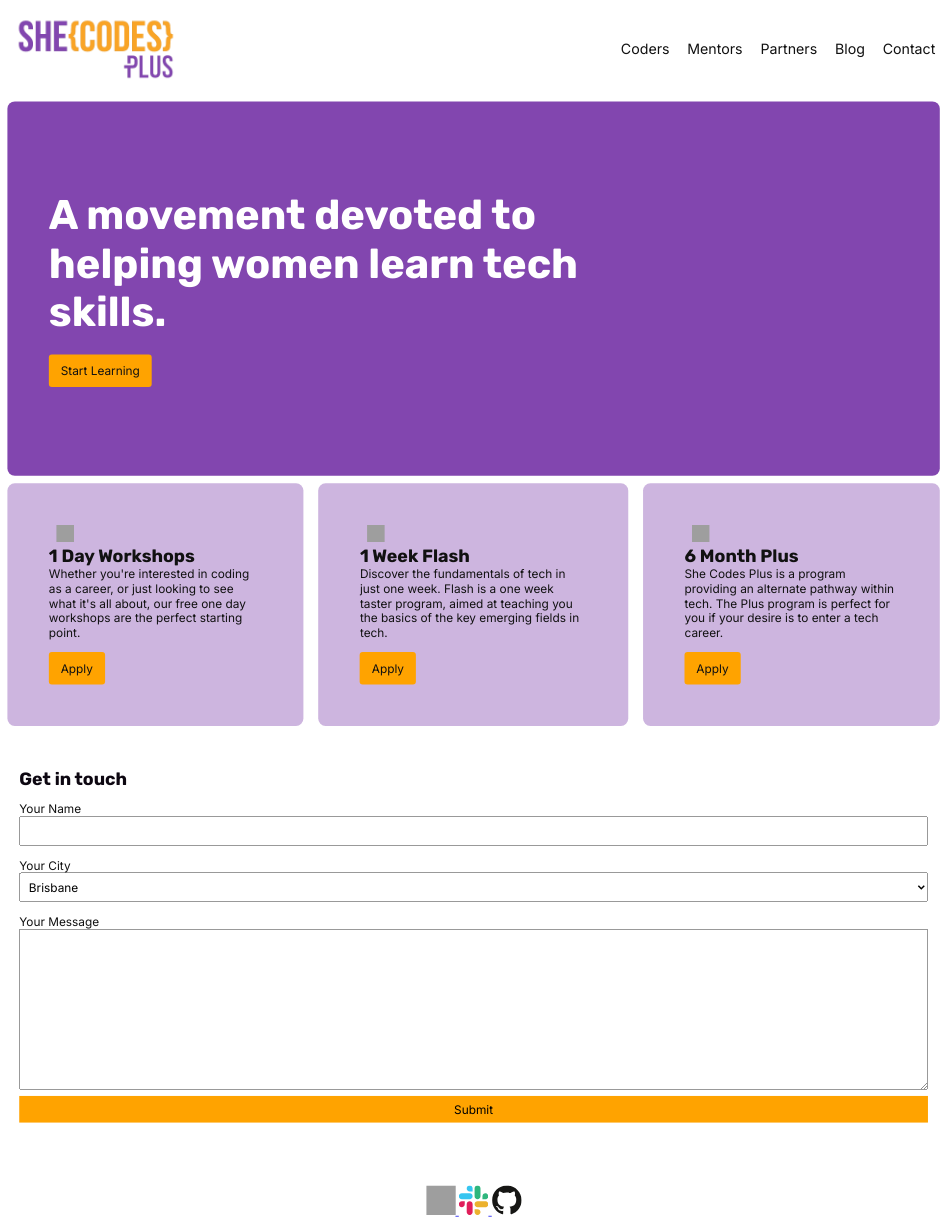
Repository: devashrisamani/website_shecodes_week1
Page: index.html
An editor plug-in stored every save of this project. The page is shown before and after the next save, followed by the edit.
The browser window is 1280 px wide. The pictures show the whole page, at 74% of full size.
Pictures or frames that could not be fetched are drawn as grey boxes.

Above is the page before, as saved 2025-09-20 11:37:31.

### index.html
<!DOCTYPE html>
<html lang="en">
  <head>
    <meta charset="UTF-8" />
    <meta name="viewport" content="width=device-width, initial-scale=1.0" />
    <title>Document</title>
    <link rel="stylesheet" href="style.css" />
  </head>

  <body>
    <header>
      <div class="mobile-header">
        <img src="./img/logo.png" alt="The She Codes Logo" class="logo" />
        <button type="button" class="hamburger-button">
          <img
            class="hamburger-icon"
            src="./img/hamburger.svg"
            alt="Three horizontal lines, positioned one above the other."
          />
        </button>
      </div>
      <nav class="desktop-nav" aria-label="Primary">
        <ul>
          <li>
            <a href="">Coders</a>
          </li>
          <li>
            <a href="">Mentors</a>
          </li>
          <li>
            <a href="">Partners</a>
          </li>
          <li>
            <a href="">Blog</a>
          </li>
          <li>
            <a href="">Contact</a>
          </li>
        </ul>
      </nav>
      <nav class="mobile-nav display-none" aria-label="Primary">
        <ul>
          <li>
            <a href="">Coders</a>
          </li>
          <li>
            <a href="">Mentors</a>
          </li>
          <li>
            <a href="">Partners</a>
          </li>
          <li>
            <a href="">Blog</a>
          </li>
          <li>
            <a href="">Contact</a>
          </li>
        </ul>
      </nav>
    </header>
    <section class="hero">
      <h1>A movement devoted to helping women learn tech skills.</h1>
      <a href="#" class="btn-primary">Start Learning</a>
    </section>
    <section class="articles-container">
      <article>
        <img
          class="icon"
          src="./img/tools.svg"
          alt="A wrench and a screwdriver, lying crossed over one another diagonally"
        />
        <h2>1 Day Workshops</h2>
        <p>
          Whether you're interested in coding as a career, or just looking to
          see what it's all about, our free one day workshops are the perfect
          starting point.
        </p>
        <a href="#" class="btn-primary">Apply</a>
      </article>
      <article>
        <img
          class="icon"
          src="./img/lightning.svg"
          alt="A jagged lightning bolt, thick at the top and sharp at the bottom"
        />
        <h2>1 Week Flash</h2>
        <p>
          Discover the fundamentals of tech in just one week. Flash is a one
          week taster program, aimed at teaching you the basics of the key
          emerging fields in tech.
        </p>
        <a href="#" class="btn-primary">Apply</a>
      </article>
      <article>
        <img
          class="icon"
          src="./img/plus.svg"
          alt="A plus sign formed by a horizontal line intersecting a vertical line"
        />
        <h2>6 Month Plus</h2>
        <p>
          She Codes Plus is a program providing an alternate pathway within
          tech. The Plus program is perfect for you if your desire is to enter a
          tech career.
        </p>
        <a href="#" class="btn-primary">Apply</a>
      </article>
    </section>
    <section class="contact-form">
      <h2>Get in touch</h2>
      <form>
        <label for="your-name">Your Name</label>
        <input type="text" id="your-name" />
        <label for="city">Your City</label>
        <select name="city-selection" id="city">
          <option value="Brisbane">Brisbane</option>
          <option value="Perth">Perth</option>
          <option value="Moon">The Moon</option>
        </select>
        <label for="message">Your Message</label>
        <textarea name="message-text" id="message" rows="10"></textarea>
        <input type="submit" value="Submit" />
      </form>
    </section>
    <footer>
      <a
        href="https://www.instagram.com/shecodesaus/"
        title="@shecodesaus on Instagram"
      >
        <img
          class="socials-icon"
          src="./img/instagram.svg"
          alt="The Instagram logo: a rounded square camera with a purple-orange gradient filling the lines"
        />
      </a>
      <a
        href="https://join.slack.com/t/shecodesaus/shared_invite/enQtNzQ3ODk1OTQzODc3LTQ2ZWFmNzM0NjE1MjA0NTI3YjJkMWMyYWVjMDU3ZThhODJmMTk4YmRjZGMzZDRhZDBhODQwNzdlYmJhNDg1YjE"
      >
        <img
          class="socials-icon"
          src="./img/slack.svg"
          alt="The Slack logo: a colourful deconstructed hashtag"
        />
      </a>
      <a href="https://github.com/SheCodesAus/">
        <img
          class="socials-icon"
          src="./img/github.svg"
          alt="The Github logo: a black circle with the silhouette of a white cat, with one tentacle arm"
        />
      </a>
    </footer>
  </body>
</html>

### style.css
/* Base HTML Styles */
/* Always style in the increments of 4 for margin, padding and border*/
@import url("https://fonts.googleapis.com/css2?family=Inter&family=Rubik:ital,wght@0,400;0,700;1,400&display=swap");
:root {
  --brand: #8246af;
  --action: #ffa300;
  --white: #ffffff;
  --base-light: #cdb5df;
  --base-dark: #0d0711;
  --black: #111111;
}

/* CSS Reset */

html {
  box-sizing: border-box;
  font-size: 16px; /*1rem = 16px. Also, this is my root font size, which is what 'rem' size is relevant to*/
  font-family: "Inter", sans-serif;
  color: var(--black);
  scroll-behavior: smooth;
}

*,
*:before,
*:after {
  box-sizing: inherit;
}

h1,
h2,
h3,
h4,
h5,
h6 {
  font-family: "Rubik", sans-serif;
}

body,
h1,
h2,
h3,
h4,
h5,
h6,
p,
ol,
ul {
  margin: 0;
  padding: 0;
}

ol,
ul {
  list-style: none;
}

/* Max-width: max width of the image is 100% in whichever container it is */
img {
  max-width: 100%;
  height: auto;
}

input,
button,
textarea,
select {
  font: inherit;
}

/* Utilities */
.display-none {
  display: none;
}

/* Components */

/* btn-primary */
.btn-primary {
  padding: 12px 16px;
  display: inline-block;
  text-decoration: none;
  color: var(--black);
  border-radius: 4px;
  background-color: var(--action);
  transition: all 0.3s ease;
}

.btn-primary:hover {
  box-shadow: 10px 5px 5px rgba(0, 0, 0, 0.2);
  transform: translateY(-4px);
}

.btn-primary:hover {
  box-shadow: 10px 5px 5px rgba(0, 0, 0, 0.2);
  transform: translateY(-4px);
}

/* header */
header .mobile-header {
  padding: 16px;
  display: flex;
  align-items: center;
  justify-content: space-between;
}

header button {
  all: unset;
}

@media (min-width: 768px) {
  header {
    display: flex;
    justify-content: space-between;
    align-items: center;
  }

  header nav ul {
    display: flex;
    gap: 24px;
    margin-right: 16px;
  }

  header .mobile-header .hamburger-icon {
    display: none;
  }
}

/* .logo */
.logo {
  height: 50px;
}

@media (min-width: 768px) {
  .logo {
    height: 100px;
  }
}

/* .mobile-nav */
.mobile-nav a {
  text-decoration: none;
  color: var(--black);
  display: block;
  padding: 4px 16px;
}

/* .desktop-nav */
.desktop-nav {
  display: none;
}

/* Desktop nav media query */
@media (min-width: 768px) {
  .desktop-nav a {
    text-decoration: none;
    font-size: larger;
    color: var(--black);
  }

  .desktop-nav {
    display: inline-block;
  }
}

/* .hamburger-icon  */
.hamburger-icon {
  height: 50px;
}

/* .hero */
.hero {
  background-color: var(--brand);
  padding: 56px 16px;
  border-radius: 10px;
  margin: 5px 10px;
}

.hero h1 {
  font-size: 2rem;
  margin-bottom: 24px;
  color: var(--white);
}

.hero .hero-accent {
  color: var(--action);
}

/* Hero Media Query */
@media (min-width: 768px) {
  .hero {
    padding: 120px 56px;
  }

  .hero h1 {
    font-size: 3.5rem;
    max-width: 70%;
  }
}

/* .articles-container media query */
@media (min-width: 768px) {
  .articles-container {
    display: flex;
  }
}

/* article */
article {
  padding: 32px 16px;
  background-color: var(--base-light);
  border-radius: 10px;
  margin: 5px 10px;
  transition: all 0.3s ease;
}

@media (min-width: 768px) {
  article {
    padding: 56px;
  }
}

article:hover {
  filter: contrast(150%);
}

article .article-heading {
  display: flex;
  justify-content: flex-start;
}

article .icon {
  height: 24px;
  width: 24px;
  margin-left: 10px;
  margin-right: 10px;
}

article .article-heading h2 {
  margin-bottom: 16px;
  color: var(--base-dark);
}

article p {
  margin-bottom: 16px;
}

/* Contact Form */
.contact-form {
  padding: 48px 16px;
  border-radius: 10px;
  margin: 5px 10px;
}

.contact-form input,
.contact-form select {
  display: block;
  width: 100%;
  padding: 8px;
  margin-bottom: 16px;
}

.contact-form textarea {
  display: block;
  width: 100%;
  padding: 8px;
}

.contact-form label {
  display: block;
  width: 100%;
}

.contact-form h2 {
  color: var(--base-dark);
  margin-bottom: 16px;
}

.contact-form input[type="submit"] {
  background-color: var(--action);
  border: 0;
  margin-top: 8px;
  cursor: pointer;
}

/* footer */
footer {
  padding: 16px;
  text-align: center;
}

.socials-icon {
  width: 40px;
  height: 40px;
}

After the next save:
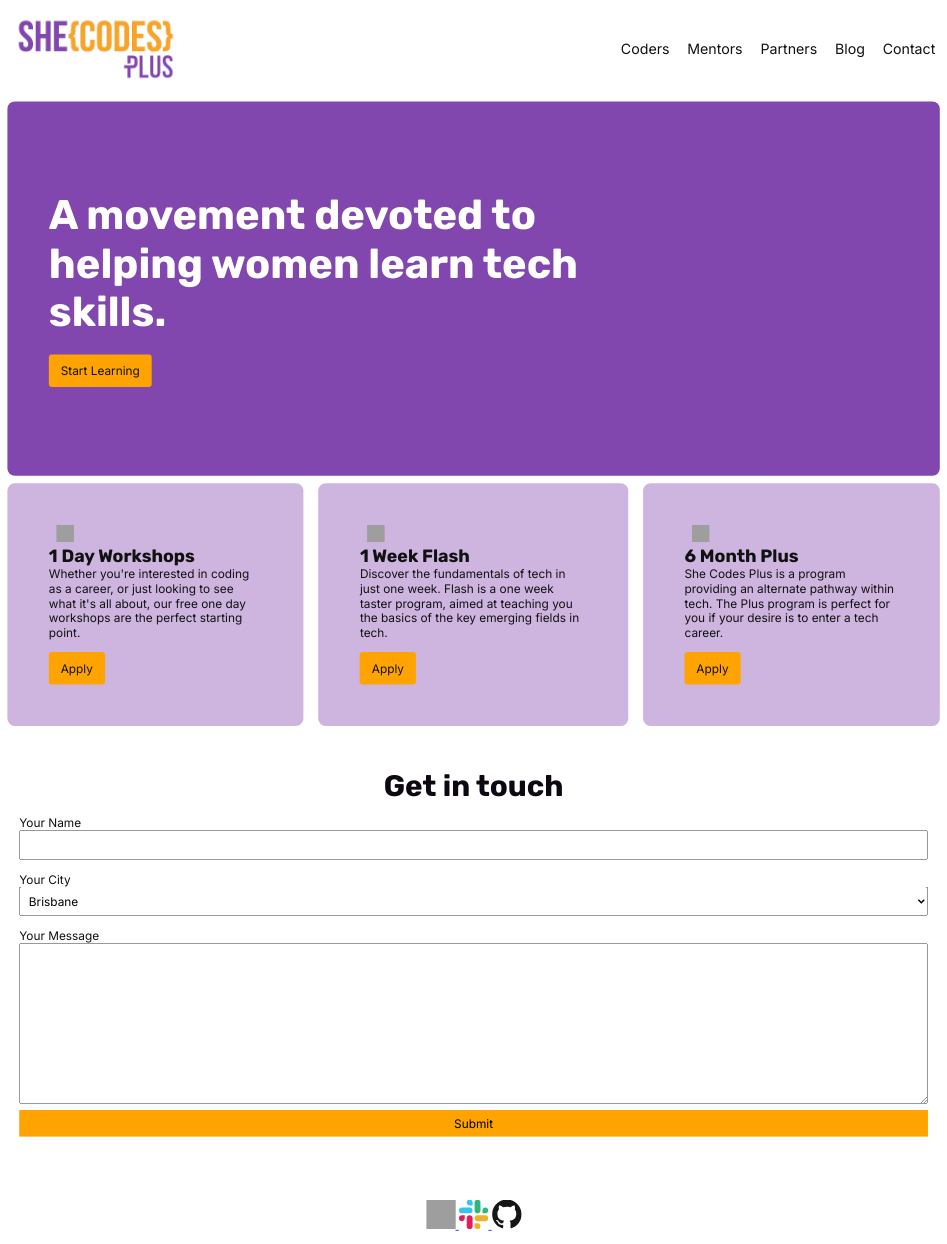
Saved 7 min 6 s later.
--- a/style.css
+++ b/style.css
@@ -282,6 +282,12 @@
   cursor: pointer;
 }
 
+@media (min-width: 768px) {
+  .contact-form h2 {
+    text-align: center;
+    font-size: 2.5rem;
+  }
+}
 /* footer */
 footer {
   padding: 16px;
